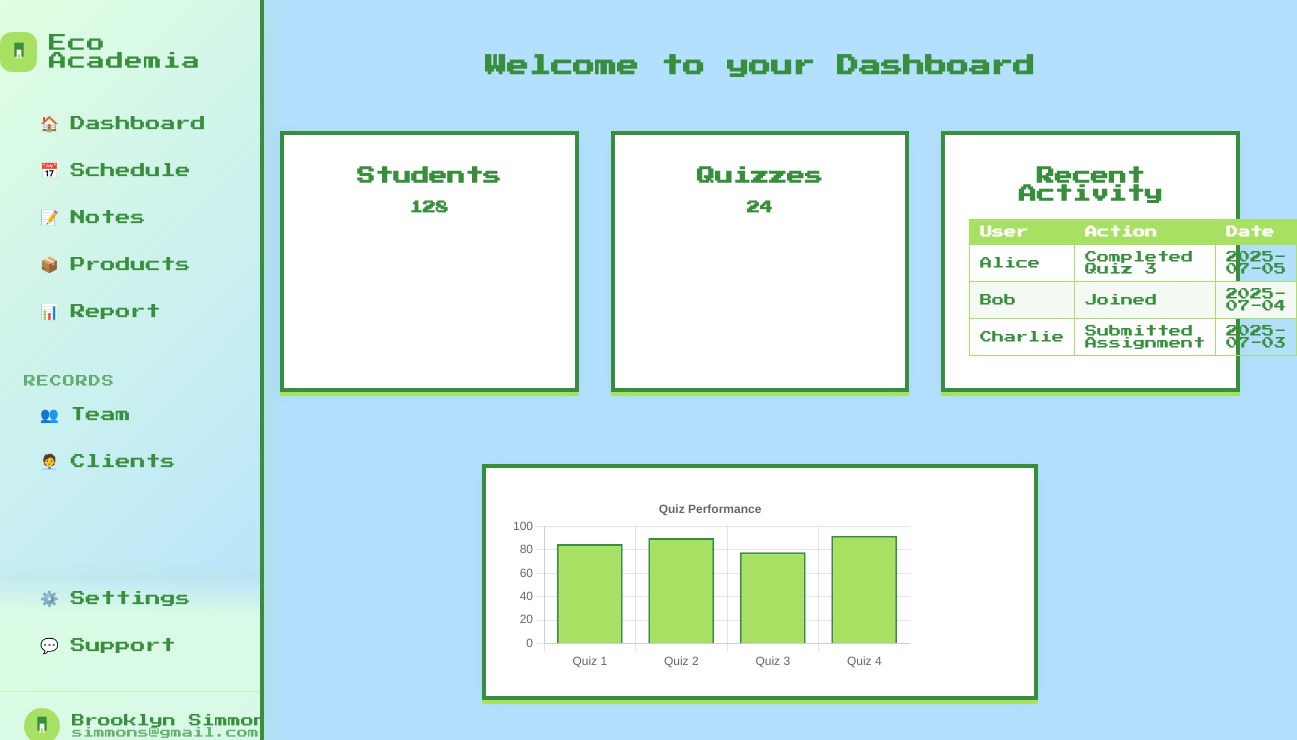
Repository: hotaruhshs/eco-academia
Page: admin/dashboard.html
The author's editor kept a copy of each file at every save. The page is drawn from the files as they stood at one save, then again after the next save.
The browser window is 1280 px wide. The page is 1297 px wide, so the pictures cover 1297 px, including what lies to the right of the window. The pictures show the whole page.

Above is the page before, as saved 2025-07-06 02:00:45.

### admin/dashboard.html
<!DOCTYPE html>
<html lang="en">
  <head>
    <meta charset="UTF-8" />
    <meta name="viewport" content="width=device-width, initial-scale=1.0" />
    <title>Eco Academia Dashboard</title>
    <link rel="stylesheet" href="css/dashboard.css" />
    <link
      href="https://fonts.googleapis.com/css2?family=Press+Start+2P&display=swap"
      rel="stylesheet"
    />
  </head>
  <body>
    <div class="sidebar">
      <div class="sidebar-header">
        <div class="sidebar-logo">
          <img
            src="images/leaf.svg"
            alt="Logo"
            width="28"
            height="28"
            style="image-rendering: pixelated"
          />
        </div>
        <span class="sidebar-title">Eco Academia</span>
      </div>
      <div class="sidebar-content">
        <div class="sidebar-section">
          <ul>
            <li>
              <a href="#"><span>🏠</span> Dashboard</a>
            </li>
            <li>
              <a href="#"><span>📅</span> Schedule</a>
            </li>
            <li>
              <a href="#"><span>📝</span> Notes</a>
            </li>
            <li>
              <a href="#"><span>📦</span> Products</a>
            </li>
            <li>
              <a href="#"><span>📊</span> Report</a>
            </li>
          </ul>
        </div>
        <div class="sidebar-section">
          <div class="sidebar-section-title">RECORDS</div>
          <ul>
            <li>
              <a href="#"><span>👥</span> Team</a>
            </li>
            <li>
              <a href="#"><span>🧑‍💼</span> Clients</a>
            </li>
          </ul>
        </div>
      </div>
      <div class="sidebar-bottom">
        <div class="sidebar-section">
          <ul>
            <li>
              <a href="#"><span>⚙️</span> Settings</a>
            </li>
            <li>
              <a href="#"><span>💬</span> Support</a>
            </li>
          </ul>
        </div>
        <div class="sidebar-profile">
          <div class="sidebar-profile-img">
            <img
              src="images/leaf.svg"
              alt="Profile"
              width="28"
              height="28"
              style="image-rendering: pixelated"
            />
          </div>
          <div class="sidebar-profile-info">
            <span class="sidebar-profile-name">Brooklyn Simmons</span>
            <span class="sidebar-profile-email">simmons@gmail.com</span>
          </div>
        </div>
      </div>
    </div>
    <div class="main-content">
      <h1>Welcome to your Dashboard</h1>
      <div class="metrics-cards">
        <div class="card metric-card">
          <h3>Students</h3>
          <p class="metric-value">128</p>
        </div>
        <div class="card metric-card">
          <h3>Quizzes</h3>
          <p class="metric-value">24</p>
        </div>
        <div class="card metric-card">
          <h3>Recent Activity</h3>
          <table class="activity-table">
            <thead>
              <tr>
                <th>User</th>
                <th>Action</th>
                <th>Date</th>
              </tr>
            </thead>
            <tbody>
              <tr>
                <td>Alice</td>
                <td>Completed Quiz 3</td>
                <td>2025-07-05</td>
              </tr>
              <tr>
                <td>Bob</td>
                <td>Joined</td>
                <td>2025-07-04</td>
              </tr>
              <tr>
                <td>Charlie</td>
                <td>Submitted Assignment</td>
                <td>2025-07-03</td>
              </tr>
            </tbody>
          </table>
        </div>
      </div>
      <div class="charts-section">
        <canvas id="progressChart" width="400" height="180"></canvas>
      </div>
    </div>
    <script src="js/dashboard.js"></script>
  </body>
</html>

### admin/css/dashboard.css
body {
  margin: 0;
  font-family: "Press Start 2P", "Segoe UI", Tahoma, Geneva, Verdana, sans-serif;
  background: #b3e0ff;
  color: #23272e;
  min-height: 100vh;
  height: 100dvh;
  /* Remove flex layout from body to allow normal block flow */
}

body::before,
body::after {
  display: none;
}
@import url("https://fonts.googleapis.com/css2?family=Press+Start+2P&display=swap");

.sidebar {
  position: fixed;
  left: 0;
  top: 0;
  width: 260px;
  min-height: 100vh;
  height: 100vh;
  display: flex;
  flex-direction: column;
  align-items: stretch;
  justify-content: space-between;
  background: linear-gradient(135deg, #e0ffe0 0%, #b3e0ff 100%);
  color: #388e3c;
  padding: 32px 0 0 0;
  box-shadow: 4px 0 24px #a8e06333;
  border-right: 4px solid #388e3c;
  overflow-y: auto;
  /* Remove fixed height to allow sidebar to grow if content overflows */
  height: auto;
  max-height: 100vh;
}
.sidebar-content {
  flex: 1 1 auto;
  display: flex;
  flex-direction: column;
  justify-content: flex-start;
}
.sidebar-bottom {
  width: 100%;
  display: flex;
  flex-direction: column;
  align-items: stretch;
  gap: 0;
  background: linear-gradient(0deg, #e0ffe0cc 80%, transparent 100%);
  box-shadow: 0 -2px 12px #a8e06322;
  padding-bottom: 8px;
  /* Fix: ensure .sidebar-bottom is always at the very bottom */
  flex-shrink: 0;
}
.sidebar-header {
  display: flex;
  align-items: center;
  gap: 12px;
  margin-bottom: 32px;
}
.sidebar-logo {
  width: 40px;
  height: 40px;
  background: #a8e063;
  border-radius: 12px;
  display: flex;
  align-items: center;
  justify-content: center;
}
.sidebar-title {
  font-family: "Press Start 2P", cursive;
  font-size: 18px;
  color: #388e3c;
  letter-spacing: 1px;
}
.sidebar-section {
  width: 100%;
  padding: 0 24px;
  margin-bottom: 18px;
  flex-shrink: 0;
}
.sidebar-section-title {
  font-size: 12px;
  color: #388e3c;
  opacity: 0.7;
  margin: 18px 0 8px 0;
  font-family: "Press Start 2P", cursive;
  letter-spacing: 1px;
}
.sidebar ul {
  list-style: none;
  padding: 0;
  margin: 0;
  width: 100%;
}
.sidebar ul li {
  margin: 0 0 8px 0;
  transition: background 0.2s, transform 0.2s;
  border-radius: 8px;
}
.sidebar ul li a {
  color: #388e3c;
  text-decoration: none;
  font-size: 15px;
  display: flex;
  align-items: center;
  gap: 12px;
  padding: 10px 16px;
  border-radius: 8px;
  font-family: "Press Start 2P", cursive;
  background: transparent;
  transition: background 0.2s, color 0.2s;
}
.sidebar ul li a:hover,
.sidebar ul li a:focus {
  background: #a8e06333;
  color: #23272e;
  outline: none;
}
.sidebar-profile {
  width: 100%;
  padding: 16px 24px 0 24px;
  display: flex;
  align-items: center;
  gap: 12px;
  border-top: 1px solid #a8e06355;
  background: transparent;
  flex-shrink: 0;
}
.sidebar-profile-img {
  width: 36px;
  height: 36px;
  border-radius: 50%;
  background: #a8e063;
  display: flex;
  align-items: center;
  justify-content: center;
  overflow: hidden;
}
.sidebar-profile-info {
  display: flex;
  flex-direction: column;
}
.sidebar-profile-name {
  font-size: 13px;
  font-family: "Press Start 2P", cursive;
  color: #388e3c;
}
.sidebar-profile-email {
  font-size: 11px;
  color: #388e3c;
  opacity: 0.7;
}
.main-content {
  margin-left: 240px;
  padding: 40px;
  max-width: none;
  width: calc(100vw - 240px);
  box-sizing: border-box;
  display: flex;
  flex-direction: column;
  align-items: center;
}
.main-content h1 {
  color: #388e3c;
  font-family: "Press Start 2P", cursive;
  font-size: 22px;
  margin-bottom: 24px;
}
.cards {
  display: grid;
  grid-template-columns: repeat(3, 1fr);
  gap: 32px;
  margin-top: 30px;
  width: 100%;
}
.metrics-cards {
  display: grid;
  grid-template-columns: repeat(3, 1fr);
  gap: 32px;
  margin-top: 30px;
  margin-bottom: 32px;
  width: 100%;
}
.card {
  background: #fff;
  border-radius: 0;
  box-shadow: 0 4px 0 #a8e063, 0 2px 16px rgba(56, 142, 60, 0.08);
  padding: 32px 24px;
  border: 4px solid #388e3c;
  color: #388e3c;
  font-family: "Press Start 2P", "Segoe UI", Tahoma, Geneva, Verdana, sans-serif;
  text-align: center;
  transition: box-shadow 0.2s, border-color 0.2s;
  position: relative;
}
.card:hover {
  box-shadow: 0 8px 0 #a8e063, 0 4px 32px rgba(56, 142, 60, 0.18);
  border-color: #a8e063;
}
.card h3 {
  margin-top: 0;
  font-size: 18px;
  color: #388e3c;
  margin-bottom: 16px;
}
.card p {
  font-size: 13px;
  color: #388e3c;
}

/* Pixel-style button */
.btn-pixel {
  font-family: "Press Start 2P", cursive;
  background: #fff;
  color: #388e3c;
  border: 3px solid #388e3c;
  padding: 10px 24px;
  border-radius: 0;
  box-shadow: 2px 2px 0 #a8e063;
  cursor: pointer;
  transition: background 0.2s, color 0.2s;
  outline: 2px solid #a8e063;
  outline-offset: -6px;
  text-transform: uppercase;
  letter-spacing: 1px;
}
.btn-pixel:hover {
  background: #388e3c;
  color: #fff;
  border-color: #a8e063;
  outline: 2px solid #388e3c;
}

::-webkit-scrollbar {
  width: 8px;
  background: #fff;
}
::-webkit-scrollbar-thumb {
  background: #a8e063;
}
.metric-card {
  min-width: 180px;
}
.metric-value {
  font-size: 32px;
  font-weight: bold;
  color: #23272e;
  margin: 16px 0 0 0;
}
.activity-table {
  width: 100%;
  border-collapse: collapse;
  margin-top: 10px;
  font-size: 12px;
}
.activity-table th,
.activity-table td {
  border: 1px solid #a8e063;
  padding: 6px 10px;
  text-align: left;
}
.activity-table th {
  background: #a8e063;
  color: #fff;
}
.activity-table tr:nth-child(even) {
  background: #f4f9f4;
}
.charts-section {
  margin-top: 40px;
  background: #fff;
  border: 4px solid #388e3c;
  box-shadow: 0 4px 0 #a8e063, 0 2px 16px rgba(56, 142, 60, 0.08);
  padding: 24px;
  border-radius: 0;
  max-width: 500px;
  width: 100%;
  margin-left: auto;
  margin-right: auto;
}

/* Hamburger menu styles */
.hamburger {
  display: none;
  flex-direction: column;
  justify-content: center;
  align-items: center;
  width: 40px;
  height: 40px;
  cursor: pointer;
  margin-left: 10px;
  z-index: 1100;
}
.hamburger span {
  display: block;
  width: 28px;
  height: 4px;
  margin: 4px 0;
  background: #388e3c;
  border-radius: 2px;
  box-shadow: 0 1px 2px #a8e06388;
  transition: 0.3s;
}

@media (max-width: 1200px) {
  .main-content {
    padding: 20px;
    max-width: 100vw;
  }
  .metrics-cards,
  .cards {
    max-width: 100vw;
    grid-template-columns: repeat(2, 1fr);
  }
  .charts-section {
    max-width: 100vw;
  }
}
@media (max-width: 1100px) {
  .metrics-cards,
  .cards {
    grid-template-columns: repeat(2, 1fr);
  }
}
@media (max-width: 900px) {
  .sidebar {
    width: 100vw;
    height: auto;
    min-height: unset;
    flex-direction: row;
    align-items: flex-start;
    padding: 0 10px;
    border-right: none;
    border-bottom: 4px solid #388e3c;
    box-shadow: 0 4px 24px #a8e06333;
  }
  .sidebar-section,
  .sidebar-profile,
  .sidebar-bottom {
    display: none;
  }
  .sidebar-header {
    margin-bottom: 0;
  }
}

### admin/js/dashboard.js
// dashboard.js
// Add interactivity here if needed
console.log('Dashboard loaded');

// Chart.js sample bar chart for progress
window.addEventListener('DOMContentLoaded', function () {
  // Hamburger menu functionality
  const hamburger = document.getElementById('hamburgerMenu');
  const sidebarLinks = document.getElementById('sidebarLinks');
  if (hamburger && sidebarLinks) {
    hamburger.addEventListener('click', function () {
      sidebarLinks.classList.toggle('active');
    });
    hamburger.addEventListener('keydown', function(e) {
      if (e.key === 'Enter' || e.key === ' ') {
        e.preventDefault();
        sidebarLinks.classList.toggle('active');
      }
    });
  }

  if (document.getElementById('progressChart')) {
    const ctx = document.getElementById('progressChart').getContext('2d');
    // Load Chart.js from CDN if not present
    if (typeof Chart === 'undefined') {
      const script = document.createElement('script');
      script.src = 'https://cdn.jsdelivr.net/npm/chart.js';
      script.onload = () => renderChart(ctx);
      document.head.appendChild(script);
    } else {
      renderChart(ctx);
    }
  }
});

function renderChart(ctx) {
  new Chart(ctx, {
    type: 'bar',
    data: {
      labels: ['Quiz 1', 'Quiz 2', 'Quiz 3', 'Quiz 4'],
      datasets: [{
        label: 'Average Score',
        data: [85, 90, 78, 92],
        backgroundColor: '#a8e063',
        borderColor: '#388e3c',
        borderWidth: 2
      }]
    },
    options: {
      responsive: false,
      plugins: {
        legend: { display: false },
        title: { display: true, text: 'Quiz Performance' }
      },
      scales: {
        y: { beginAtZero: true, max: 100 }
      }
    }
  });
}

After the next save:
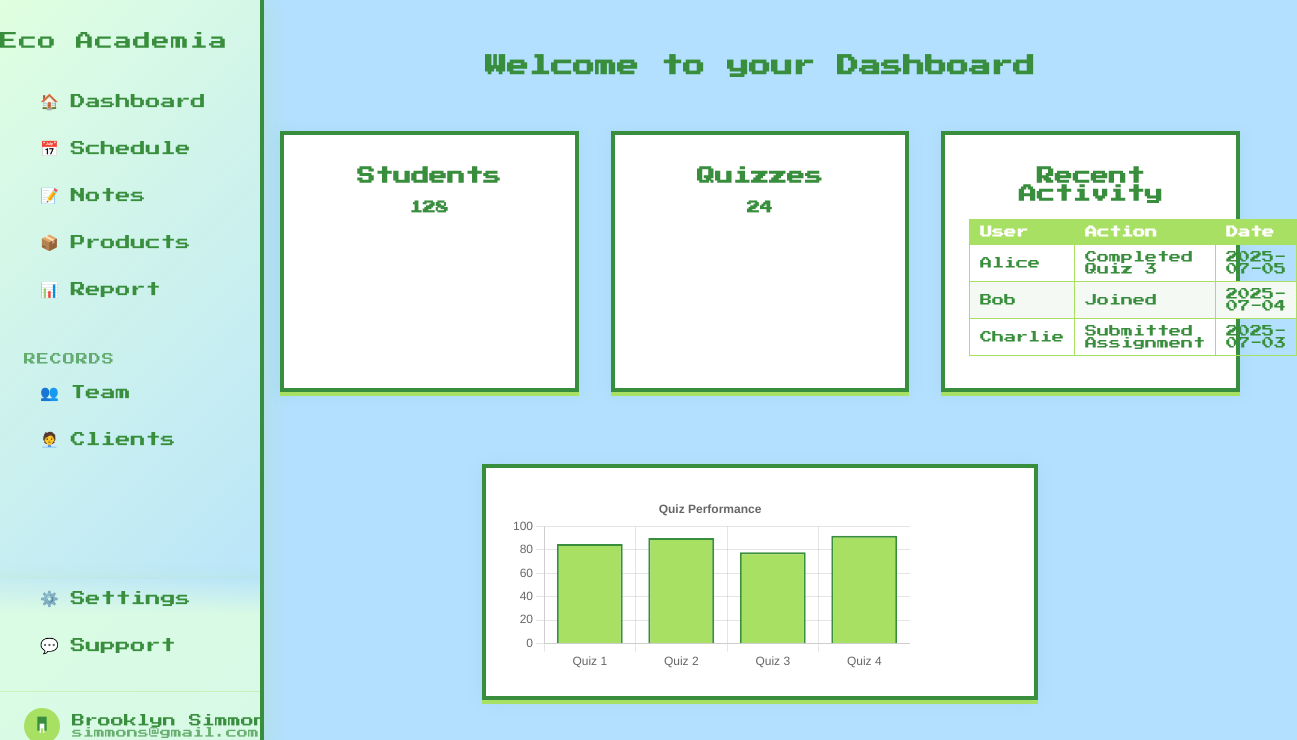
Saved 20 s later.
--- a/admin/dashboard.html
+++ b/admin/dashboard.html
@@ -13,15 +13,6 @@
   <body>
     <div class="sidebar">
       <div class="sidebar-header">
-        <div class="sidebar-logo">
-          <img
-            src="images/leaf.svg"
-            alt="Logo"
-            width="28"
-            height="28"
-            style="image-rendering: pixelated"
-          />
-        </div>
         <span class="sidebar-title">Eco Academia</span>
       </div>
       <div class="sidebar-content">
